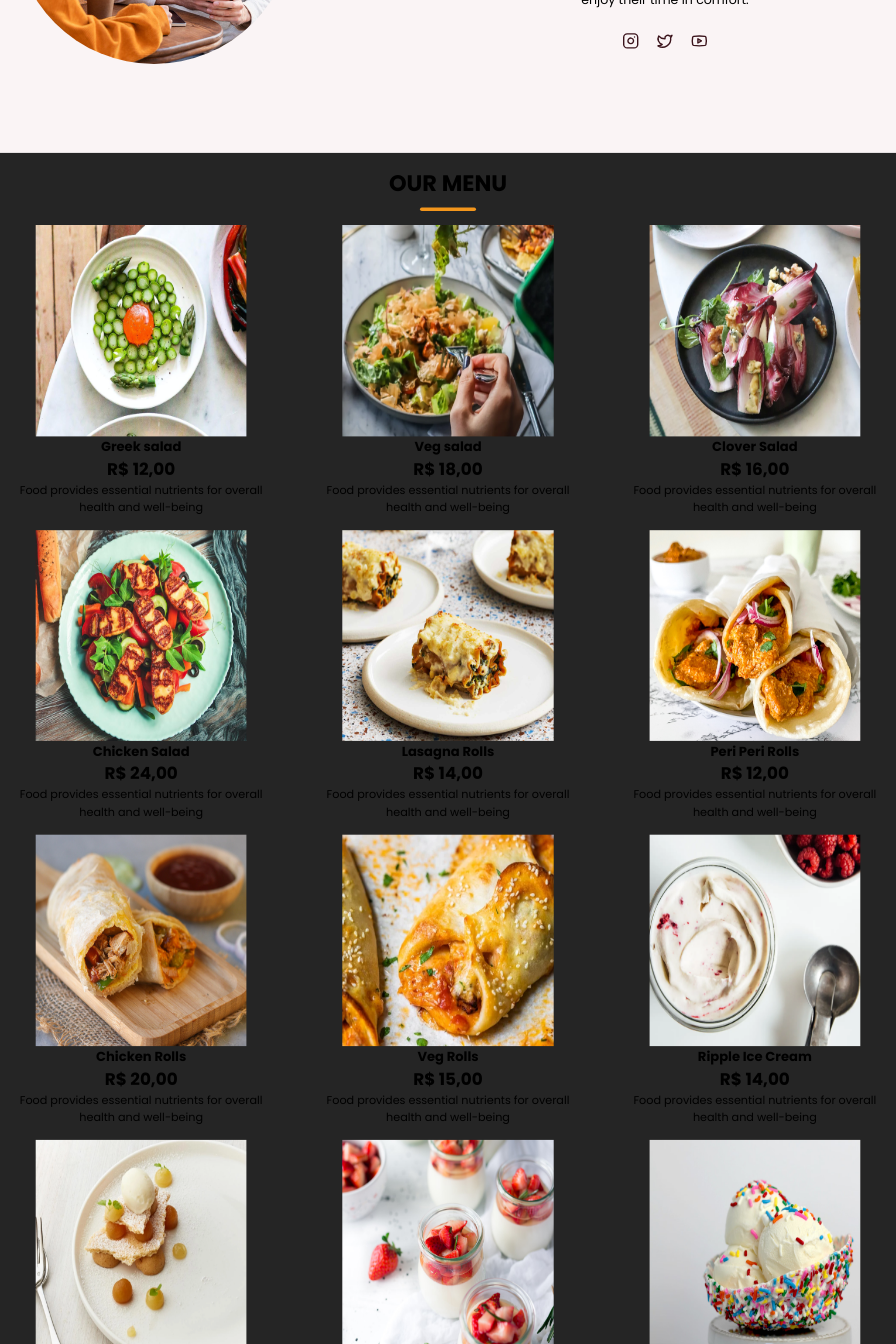
Repository: guilhermecardoso93/coffe-site-vite
Page: /
An editor plug-in stored every save of this project. The page is shown before and after the next save, followed by the edit.
The browser window is 1280 px wide. The pictures show the part of the page from y = 1149 to 3069 px (the page is 6241 px tall), at 70% of full size.
Some web fonts or font styles are not loaded; a fallback is used. The project was rebuilt for these pictures with package versions that can differ from the ones it lists, and the page was loaded fresh each time. Also part of the build but not shown: vite.config.js.

Above is the page before, as saved 2024-11-21 18:56:36.

After the next save:
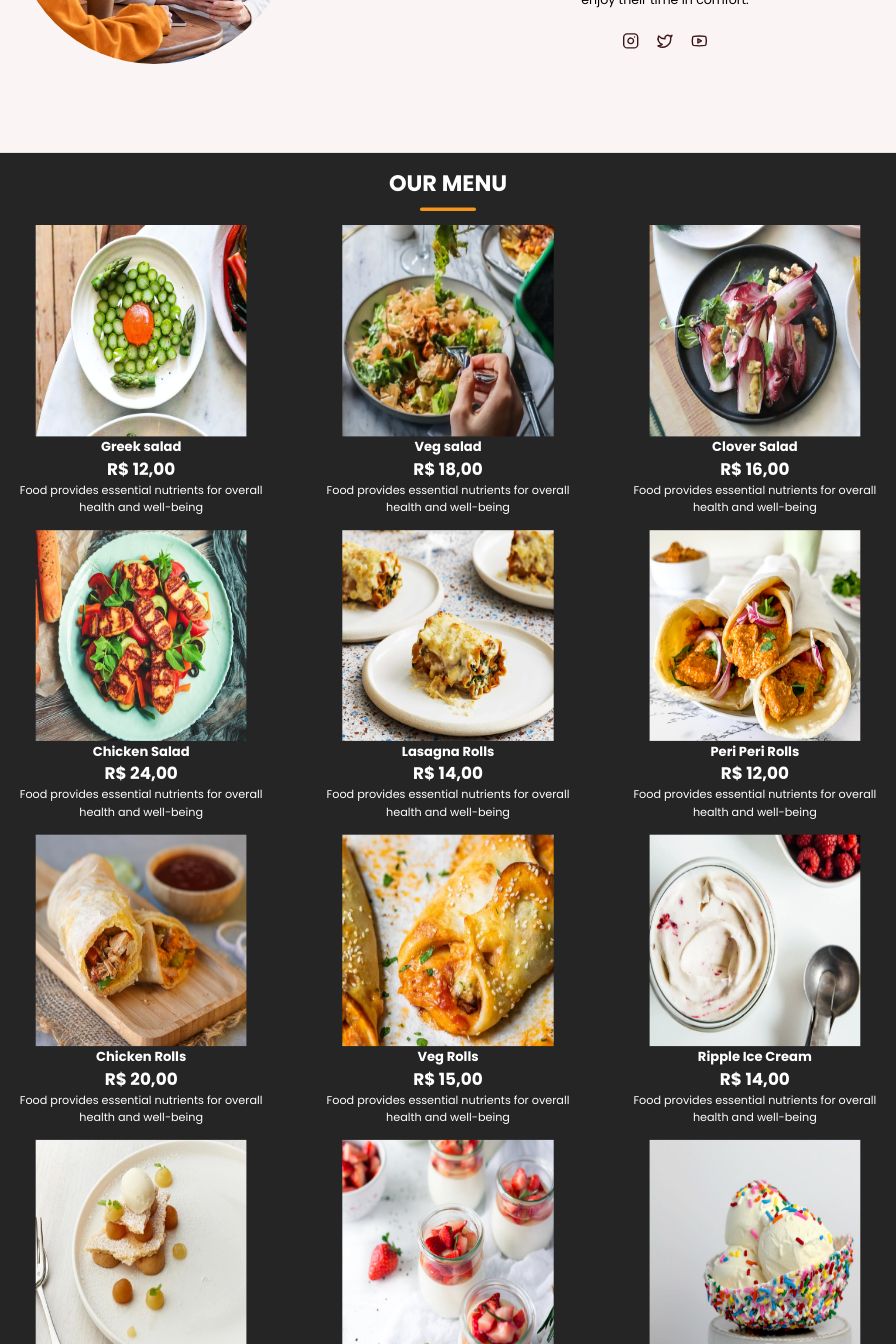
Saved 8 s later.
--- a/src/components/Menu/styles.css
+++ b/src/components/Menu/styles.css
@@ -4,7 +4,7 @@
   justify-content: center;
   align-items: center;
   background-color: var(--dark-color);
-  color: var(--light-color);
+  color: var(--white-color);
 }
 
 .menu-section .menu-list {
